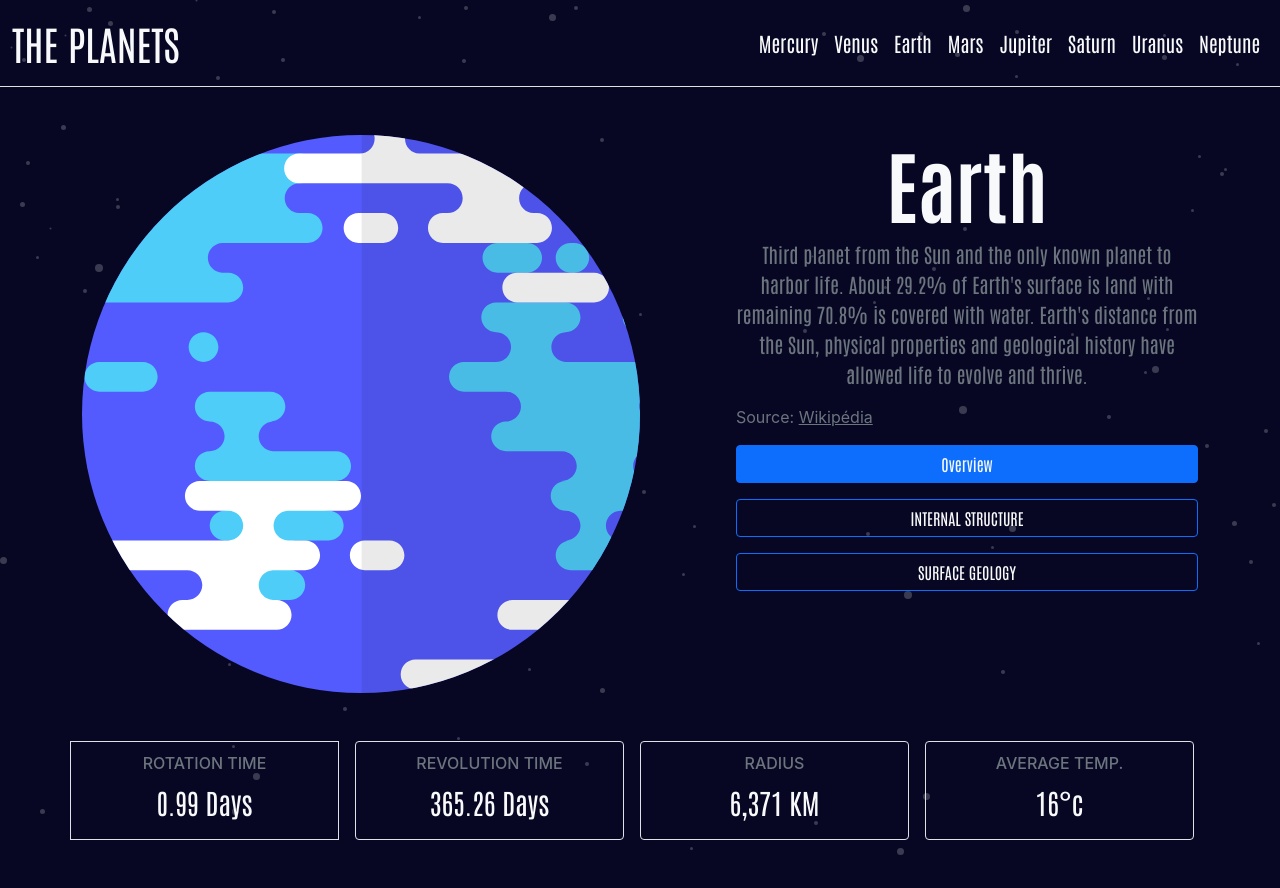
Repository: andre06x/the-planets
Page: /
These files come from the project's save history. The page is drawn as it stood at one moment and after a run of saves; the edit follows.
The browser window is 1280 px wide. The pictures show the whole page.
The project was rebuilt for these pictures with package versions that can differ from the ones it lists, and the page was loaded fresh each time.

Above is the page before, as saved 2021-10-19 18:06:10.

### public/index.html
<!DOCTYPE html>
<html lang="en">

<head>
  <meta charset="utf-8" />
  <link rel="icon" href="%PUBLIC_URL%/favicon.ico" />
  <meta name="viewport" content="width=device-width, initial-scale=1" />
  <meta name="theme-color" content="#000000" />
  <link rel="preconnect" href="https://fonts.googleapis.com">
  <link rel="preconnect" href="https://fonts.gstatic.com" crossorigin>
  <link href="https://fonts.googleapis.com/css2?family=Antonio:wght@400;500;600;700&display=swap" rel="stylesheet">
  <meta name="description" content="Web site created using create-react-app" />
  <link rel="apple-touch-icon" href="%PUBLIC_URL%/logo192.png" />
  <link rel="manifest" href="%PUBLIC_URL%/manifest.json" />
  <link rel="stylesheet" href="%PUBLIC_URL%/bootstrap-5.1.3-dist/css/bootstrap.min.css">
  <title>React App</title>
</head>

<body>
  <noscript>You need to enable JavaScript to run this app.</noscript>
  <div id="root"></div>
  <script src="./bootstrap-5.1.3-dist/js/bootstrap.min.js"></script>
</body>

</html>

### src/index.js
import React from 'react';
import ReactDOM from 'react-dom';
import App from './App';
import reportWebVitals from './reportWebVitals';
import Global from './styles/global';

ReactDOM.render(
  <React.StrictMode>
    <Global />
    <App />
  </React.StrictMode>,
  document.getElementById('root')
);

// If you want to start measuring performance in your app, pass a function
// to log results (for example: reportWebVitals(console.log))
// or send to an analytics endpoint. Learn more: https://bit.ly/CRA-vitals
reportWebVitals();

### src/App.js
// import './App.css';
import Header from './components/Header';
import Container from './components/Container';

function App() {
  console.log(window.innerWidth);
  return (
    <div className="App">
      <Header />
      <Container />
    </div>
  );
}

export default App;

### src/styles/global.js
import { createGlobalStyle } from 'styled-components';
import img from '../background-stars.svg';

export default createGlobalStyle`
  body {
    background-image: url(${img});
    background-color: #070724;
    background-repeat: repeat;
  margin: 0;
  font-family: -apple-system, BlinkMacSystemFont, 'Segoe UI', 'Roboto', 'Oxygen',
    'Ubuntu', 'Cantarell', 'Fira Sans', 'Droid Sans', 'Helvetica Neue',
    sans-serif;
  -webkit-font-smoothing: antialiased;
  -moz-osx-font-smoothing: grayscale;
}

code {
  font-family: source-code-pro, Menlo, Monaco, Consolas, 'Courier New',
    monospace;
}
`;

### src/components/Header.js
import React, { useEffect } from 'react';
import data from '../data.json';
import { usePlanet } from '../zustand';

const Header = () => {
  const planetSetar = usePlanet(state => state.nomePlanet);
  const planet = usePlanet(state => state.planet);

  useEffect(() => {
    console.log(planet)
  }, [planet])

  return (
    <nav class="navbar navbar-expand-lg navbar-dark bg-transparent border-bottom border-muted ">
      <div class="container-fluid d-flex justify-content-between">
        <a class="navbar-brand fs-1 text-light font-antonio" href="#a">THE PLANETS</a>
        <button class="navbar-toggler text-light" type="button" data-bs-toggle="collapse" data-bs-target="#navbarSupportedContent" aria-controls="navbarSupportedContent" aria-expanded="false" aria-label="Toggle navigation">
          <span class="navbar-toggler-icon text-light"></span>
        </button>
        <div class="collapse navbar-collapse justify-content-end" id="navbarSupportedContent">
          <div>
            <ul class="navbar-nav me-auto mb-2 mb-lg-0">
              {
                data.map(d => (
                  <li class="nav-item">
                    <a
                      class="nav-link active text-light fs-5 font-antonio"
                      aria-current="page"
                      href={window.innerWidth < 750 ? '#text' : '#a'}
                      onClick={() => planetSetar(d.name)}
                    >
                      {d.name}
                    </a>
                  </li>
                ))
              }
            </ul>
          </div>
        </div>
      </div>
    </nav>
  )
}



export default Header

### src/components/Container.js
import React, { useEffect, useState } from 'react';
// import earth from '../assets/planet-earth.svg';
import data from '../data.json';
import { usePlanet } from '../zustand';

const Container = () => {
  const [selectBox, setSelectBox] = useState(1);
  const planet = usePlanet(state => state.planet);
  // const [planet, setPlanet] = useState('Earth');
  const [text, setText] = useState(data.filter(d => d.name === planet)[0].overview);
  const [imagee, setImagee] = useState('assets/planet-earth.svg');
  const [imageGeology, setImageGeology] = useState('');
  const [dataPlanet, setDataPlanet] = useState(['']);



  const op = [
    { id: 1, titulo: 'Overview' },
    { id: 2, titulo: 'INTERNAL STRUCTURE' },
    { id: 3, titulo: 'SURFACE GEOLOGY' },
  ]

  function buttonChange(o) {
    setSelectBox(o.id);

    if (o.id === 1) {
      setText(data.filter(d => d.name === planet)[0].overview);
      setImagee(data.filter(d => d.name === planet)[0].images.planet);
      setImageGeology('');
    }

    if (o.id === 2) {
      setText(data.filter(d => d.name === planet)[0].structure);
      setImagee(data.filter(d => d.name === planet)[0].images.internal);
      setImageGeology('');

    }

    if (o.id === 3) {
      setText(data.filter(d => d.name === planet)[0].geology);
      setImagee(data.filter(d => d.name === planet)[0].images.planet);
      setImageGeology(data.filter(d => d.name === planet)[0].images.geology);
    }

  }

  useEffect(() => {
    setDataPlanet(data.filter(d => d.name === planet)[0]);
    setImagee(data.filter(d => d.name === planet)[0].images.planet);
    setText(data.filter(d => d.name === planet)[0].overview);
    setSelectBox(1);
    setImageGeology('');


  }, [planet]);
  return (
    <div className="container mt-md-5">
      <div className="d-flex flex-column">
        <div className="d-flex flex-md-row flex-column-reverse justify-content-between">
          <div className="me-md-5 d-flex justify-content-center position-relative col-md-6">
            <img src={imagee} className="w-100 w-md-100" alt="" />
            <img src={imageGeology} alt="" className="position-absolute w-25 top-50 start-50 translate-middle"/>
          </div>
          <div className="ms-md-5 d-flex flex-md-column flex-column-reverse">
            <h1 className="display-1 text-light font-antonio fw-bold text-center">
              {planet}
            </h1>
            <p className="lead text-muted font-antonio text-center" id="text">
              {text.content}
            </p>
            <span className="text-secondary">
              Source: <a href="#a" className="text-secondary"> Wikipédia</a>
            </span>

            <div className="d-flex flex-md-column mt-md-3 font-antonio fw-bold">
              {op.map(o => (
                <button
                  className={`btn text-light btn-outline-primary mb-3 col-4 col-md-12 ${selectBox === o.id ? ' btn-primary' : ''}`}
                  onClick={() => buttonChange(o)}
                >
                  {o.titulo}
                </button>
              ))}
            </div>
          </div>
        </div>
      </div>
      <div className="row mt-5 mb-5 flex-md-row flex-column">
        <div class="col me-3 bg-transparent border">
          <div class="card-body d-flex flex-md-column justify-content-between align-items-center">
            <h6 class="card-subtitle mb-md-2 text-muted">
              ROTATION TIME
            </h6>
            <p class="card-text text-light font-antonio fs-md-1 fs-3">
              {dataPlanet.rotation}
            </p>
          </div>
        </div>
        <div class="card col me-3 bg-transparent border">
          <div class="card-body d-flex flex-md-column justify-content-between align-items-center">
            <h6 class="card-subtitle mb-md-2 text-muted">
              REVOLUTION TIME
            </h6>
            <p class="card-text text-light font-antonio fs-md-1 fs-3">
              {dataPlanet.revolution}
            </p>
          </div>
        </div>
        <div class="card col me-3 bg-transparent border">
          <div class="card-body d-flex flex-md-column justify-content-between align-items-center">
            <h6 class="card-subtitle mb-md-2 text-muted">
              RADIUS
            </h6>
            <p class="card-text text-light font-antonio fs-md-1 fs-3">
              {dataPlanet.radius}
            </p>
          </div>
        </div>
        <div class="card col me-3 bg-transparent border">
          <div class="card-body d-flex flex-md-column justify-content-between align-items-center">
            <h6 class="card-subtitle mb-md-2 text-muted">
              AVERAGE TEMP.
            </h6>
            <p class="card-text text-light font-antonio fs-md-1 fs-3">
              {dataPlanet.temperature}
            </p>
          </div>
        </div>
      </div>
    </div>
  )
}

export default Container;

### src/data.json
[
  {
    "name": "Mercury",
    "overview": {
      "content": "Mercury is the smallest planet in the Solar System and the closest to the Sun. Its orbit around the Sun takes 87.97 Earth days, the shortest of all the Sun's planets. Mercury is one of four terrestrial planets in the Solar System, and is a rocky body like Earth.",
      "source": "https://en.wikipedia.org/wiki/Mercury_(planet)"
    },
    "structure": {
      "content": "Mercury appears to have a solid silicate crust and mantle overlying a solid, iron sulfide outer core layer, a deeper liquid core layer, and a solid inner core. The planet's density is the second highest in the Solar System at 5.427 g/cm3 , only slightly less than Earth's density.",
      "source": "https://en.wikipedia.org/wiki/Mercury_(planet)#Internal_structure"
    },
    "geology": {
      "content": "Mercury's surface is similar in appearance to that of the Moon, showing extensive mare-like plains and heavy cratering, indicating that it has been geologically inactive for billions of years. It is more heterogeneous than either Mars's or the Moon’s.",
      "source": "https://en.wikipedia.org/wiki/Mercury_(planet)#Surface_geology"
    },
    "rotation": "58.6 Days",
    "revolution": "87.97 Days",
    "radius": "2,439.7 KM",
    "temperature": "430°c",
    "images": {
      "planet": "assets/planet-mercury.svg",
      "internal": "assets/planet-mercury-internal.svg",
      "geology": "assets/geology-mercury.png"
    }
  },
  {
    "name": "Venus",
    "overview": {
      "content": "Venus is the second planet from the Sun. It is named after the Roman goddess of love and beauty. As the brightest natural object in Earth's night sky after the Moon, Venus can cast shadows and can be, on rare occasions, visible to the naked eye in broad daylight.",
      "source": "https://en.wikipedia.org/wiki/Venus"
    },
    "structure": {
      "content": "The similarity in size and density between Venus and Earth suggests they share a similar internal structure: a core, mantle, and crust. Like that of Earth, Venusian core is most likely at least partially liquid because the two planets have been cooling at about the same rate.",
      "source": "https://en.wikipedia.org/wiki/Venus#Internal_structure"
    },
    "geology": {
      "content": "Much of the Venusian surface appears to have been shaped by volcanic activity. Venus has several times as many volcanoes as Earth, and it has 167 large volcanoes that are over 100 km (60 mi) across. The only volcanic complex of this size on Earth is the Big Island of Hawaii.",
      "source": "https://en.wikipedia.org/wiki/Venus#Surface_geology"
    },
    "rotation": "243 Days",
    "revolution": "224.7 Days",
    "radius": "6,051.8 KM",
    "temperature": "471°c",
    "images": {
      "planet": "assets/planet-venus.svg",
      "internal": "assets/planet-venus-internal.svg",
      "geology": "assets/geology-venus.png"
    }
  },
  {
    "name": "Earth",
    "overview": {
      "content": "Third planet from the Sun and the only known planet to harbor life. About 29.2% of Earth's surface is land with remaining 70.8% is covered with water. Earth's distance from the Sun, physical properties and geological history have allowed life to evolve and thrive.",
      "source": "https://en.wikipedia.org/wiki/Earth"
    },
    "structure": {
      "content": "Earth's interior, like that of the other terrestrial planets, is divided into layers by their chemical or physical (rheological) properties. The outer layer is a chemically distinct silicate solid crust, which is underlain by a highly viscous solid mantle.",
      "source": "https://en.wikipedia.org/wiki/Earth#Internal_structure"
    },
    "geology": {
      "content": "The total surface area of Earth is about 510 million km2. The continental crust consists of lower density material such as the igneous rocks granite and andesite. Less common is basalt, a denser volcanic rock that is the primary constituent of the ocean floors.",
      "source": "https://en.wikipedia.org/wiki/Earth#Surface"
    },
    "rotation": "0.99 Days",
    "revolution": "365.26 Days",
    "radius": "6,371 KM",
    "temperature": "16°c",
    "images": {
      "planet": "assets/planet-earth.svg",
      "internal": "assets/planet-earth-internal.svg",
      "geology": "assets/geology-earth.png"
    }
  },
  {
    "name": "Mars",
    "overview": {
      "content": "Mars is the fourth planet from the Sun and the second-smallest planet in the Solar System, being larger than only Mercury. In English, Mars carries the name of the Roman god of war and is often referred to as the \"Red Planet\".",
      "source": "https://en.wikipedia.org/wiki/Mars"
    },
    "structure": {
      "content": "Like Earth, Mars has differentiated into a dense metallic core overlaid by less dense materials. Scientists initially determined that the core is at least partially liquid. Current models of its interior imply a core consisting primarily of iron and nickel with about 16–17% sulfur.",
      "source": "https://en.wikipedia.org/wiki/Mars#Internal_structure"
    },
    "geology": {
      "content": "Mars is a terrestrial planet whose surface consists of minerals containing silicon and oxygen, metals, and other elements that typically make up rock. The surface is primarily composed of tholeiitic basalt, although parts are more silica-rich than typical basalt.",
      "source": "https://en.wikipedia.org/wiki/Mars#Surface_geology"
    },
    "rotation": "1.03 Days",
    "revolution": "1.88 Years",
    "radius": "3,389.5 KM",
    "temperature": "-28°c",
    "images": {
      "planet": "assets/planet-mars.svg",
      "internal": "assets/planet-mars-internal.svg",
      "geology": "assets/geology-mars.png"
    }
  },
  {
    "name": "Jupiter",
    "overview": {
      "content": "Jupiter is the fifth planet from the Sun and the largest in the Solar System. It is a gas giant with a mass two and a half times that of all the other planets in the Solar System combined, but less than one-thousandth the mass of the Sun.",
      "source": "https://en.wikipedia.org/wiki/Jupiter"
    },
    "structure": {
      "content": "When the Juno arrived in 2016, it found that Jupiter has a very diffuse core that mixes into its mantle. A possible cause is an impact from a planet of about ten Earth masses a few million years after Jupiter's formation, which would have disrupted an originally solid Jovian core.",
      "source": "https://en.wikipedia.org/wiki/Jupiter#Internal_structure"
    },
    "geology": {
      "content": "The best known feature of Jupiter is the Great Red Spot, a persistent anticyclonic storm located 22° south of the equator. It is known to have existed since at least 1831, and possibly since 1665.",
      "source": "https://en.wikipedia.org/wiki/Jupiter#Great_Red_Spot_and_other_vortices"
    },
    "rotation": "9.93 Hours",
    "revolution": "11.86 Years",
    "radius": "69,911 KM",
    "temperature": "-108°c",
    "images": {
      "planet": "assets/planet-jupiter.svg",
      "internal": "assets/planet-jupiter-internal.svg",
      "geology": "assets/geology-jupiter.png"
    }
  },
  {
    "name": "Saturn",
    "overview": {
      "content": "Saturn is the sixth planet from the Sun and the second-largest in the Solar System, after Jupiter. It is a gas giant with an average radius of about nine and a half times that of Earth. It only has one-eighth the average density of Earth.",
      "source": "https://en.wikipedia.org/wiki/Saturn"
    },
    "structure": {
      "content": "Despite consisting mostly of hydrogen and helium, most of Saturn's mass is not in the gas phase, because hydrogen becomes a non-ideal liquid when the density is above 0.01 g/cm3, which is reached at a radius containing 99.9% of Saturn's mass.",
      "source": "https://en.wikipedia.org/wiki/Saturn#Internal_structure"
    },
    "geology": {
      "content": "The outer atmosphere of Saturn contains 96.3% molecular hydrogen and 3.25% helium by volume. The planet's most famous feature is its prominent ring system, which is composed mostly of ice particles with a smaller amount of rocky debris and dust.",
      "source": "https://en.wikipedia.org/wiki/Saturn#Atmosphere"
    },
    "rotation": "10.8 Hours",
    "revolution": "29.46 Years",
    "radius": "58,232 KM",
    "temperature": "-138°c",
    "images": {
      "planet": "assets/planet-saturn.svg",
      "internal": "assets/planet-saturn-internal.svg",
      "geology": "assets/geology-saturn.png"
    }
  },
  {
    "name": "Uranus",
    "overview": {
      "content": "Uranus is the seventh planet from the Sun. Its name is a reference to the Greek god of the sky, Uranus according to Greek mythology, was the great-grandfather of Ares. It has the third-largest planetary radius and fourth-largest planetary mass in the Solar System.",
      "source": "https://en.wikipedia.org/wiki/Uranus"
    },
    "structure": {
      "content": "The standard model of Uranus's structure is that it consists of three layers: a rocky (silicate/iron–nickel) core in the centre, an icy mantle in the middle and an outer gaseous hydrogen/helium envelope. The core is relatively small, with a mass of only 0.55 Earth masses.",
      "source": "https://en.wikipedia.org/wiki/Uranus#Internal_structure"
    },
    "geology": {
      "content": "The composition of Uranus's atmosphere is different from its bulk, consisting mainly of molecular hydrogen and helium. The helium molar fraction, i.e. the number of helium atoms per molecule of gas, is 0.15±0.03 in the upper troposphere.",
      "source": "https://en.wikipedia.org/wiki/Uranus#Atmosphere"
    },
    "rotation": "17.2 Hours",
    "revolution": "84 Years",
    "radius": "25,362 KM",
    "temperature": "-195°c",
    "images": {
      "planet": "assets/planet-uranus.svg",
      "internal": "assets/planet-uranus-internal.svg",
      "geology": "assets/geology-uranus.png"
    }
  },
  {
    "name": "Neptune",
    "overview": {
      "content": "Neptune is the eighth and farthest-known Solar planet from the Sun. In the Solar System, it is the fourth-largest planet by diameter, the third-most-massive planet, and the densest giant planet. It is 17 times the mass of Earth, more massive than its near-twin Uranus.",
      "source": "https://en.wikipedia.org/wiki/Neptune"
    },
    "structure": {
      "content": "Neptune's internal structure resembles that of Uranus. Its atmosphere forms about 5% to 10% of its mass and extends perhaps 10% to 20% of the way towards the core. Increasing concentrations of methane, ammonia and water are found in the lower regions.",
      "source": "https://en.wikipedia.org/wiki/Neptune#Internal_structure"
    },
    "geology": {
      "content": "Neptune's atmosphere is 80% hydrogen and 19% helium. A trace amount of methane is also present. Prominent absorption bands of methane exist at wavelengths above 600 nm, in the red and infrared portion of the spectrum.",
      "source": "https://en.wikipedia.org/wiki/Neptune#Atmosphere"
    },
    "rotation": "16.08 Hours",
    "revolution": "164.79 Years",
    "radius": "24,622 KM",
    "temperature": "-201°c",
    "images": {
      "planet": "assets/planet-neptune.svg",
      "internal": "assets/planet-neptune-internal.svg",
      "geology": "assets/geology-neptune.png"
    }
  }
]

### src/zustand/index.js
import create from 'zustand';

const usePlanet = create(set => ({
  planet: 'Earth',
  nomePlanet: (namePlanet) => set(state => ({ planet: namePlanet}))
}))

export { usePlanet }

Loaded but not shown: src/reportWebVitals.js (common file); public/bootstrap-5.1.3-dist/css/bootstrap.min.css (library); public/bootstrap-5.1.3-dist/js/bootstrap.min.js (library)

After the next 3 saves:
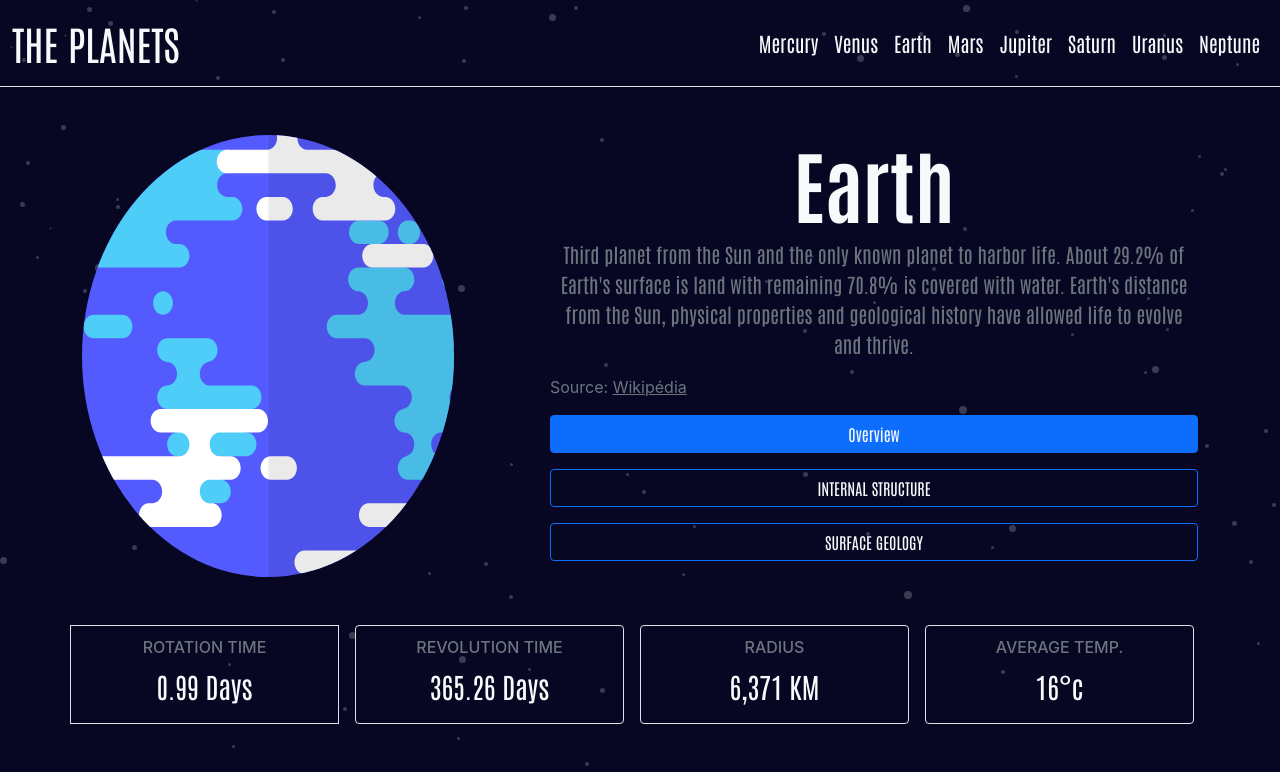
The 3 saves are shown as one change because they came seconds apart.
The last was saved 10 s later.
--- a/src/components/Container.js
+++ b/src/components/Container.js
@@ -57,7 +57,7 @@ const Container = () => {
     <div className="container mt-md-5">
       <div className="d-flex flex-column">
         <div className="d-flex flex-md-row flex-column-reverse justify-content-between">
-          <div className="me-md-5 d-flex justify-content-center position-relative col-md-6">
+          <div className="me-md-5 d-flex justify-content-center position-relative col-md-4">
             <img src={imagee} className="w-100 w-md-100" alt="" />
             <img src={imageGeology} alt="" className="position-absolute w-25 top-50 start-50 translate-middle"/>
           </div>
